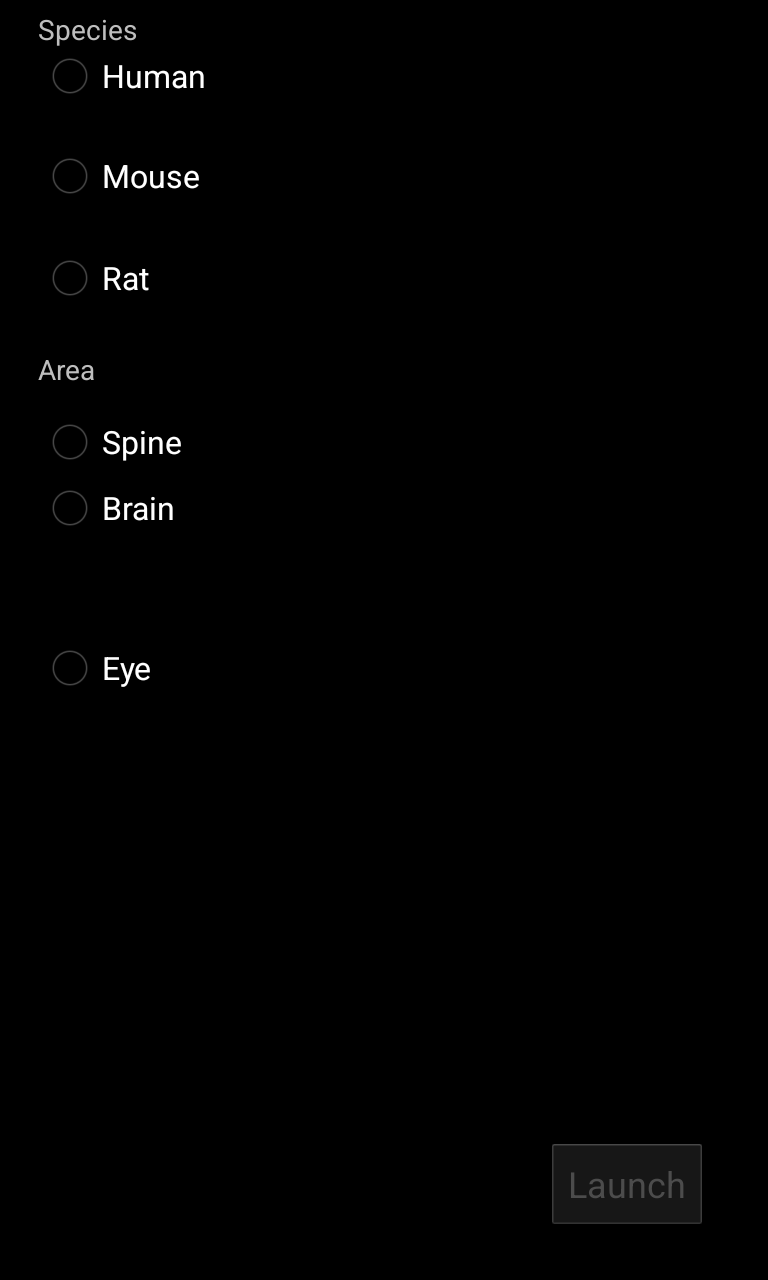
Repository: Ekarg/CSCE315Project3
Layout: Project3/res/layout/activity_main.xml
The author's editor kept a copy of each file at every save. The layout is drawn from the files as they stood at one save, then again after the next save.
It is drawn on a 768 x 1280 px phone screen (xhdpi) without system bars, with theme android:Theme.Holo; the app's code is not run.

Above is the layout before, as saved 2013-11-27 20:11:16.

After the next save:
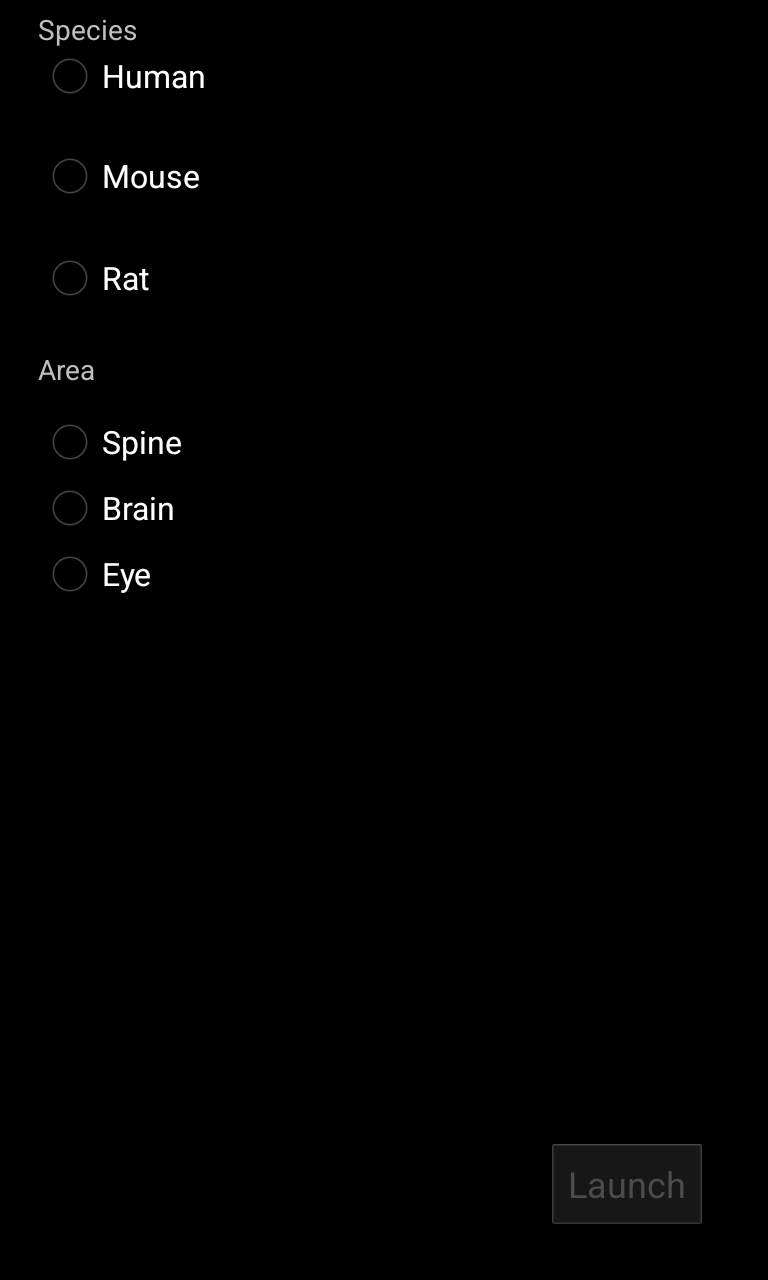
Saved 12 s later.
--- a/Project3/res/layout/activity_main.xml
+++ b/Project3/res/layout/activity_main.xml
@@ -111,7 +111,7 @@
          android:layout_height="wrap_content"
          android:checked = "false"
          android:layout_marginLeft="14dp"
-         android:layout_marginTop="48dp"
+         android:layout_marginTop="1dp"
          android:text="@string/eye"
          android:onClick="onRadioButtonClicked" />
 	</RadioGroup>
